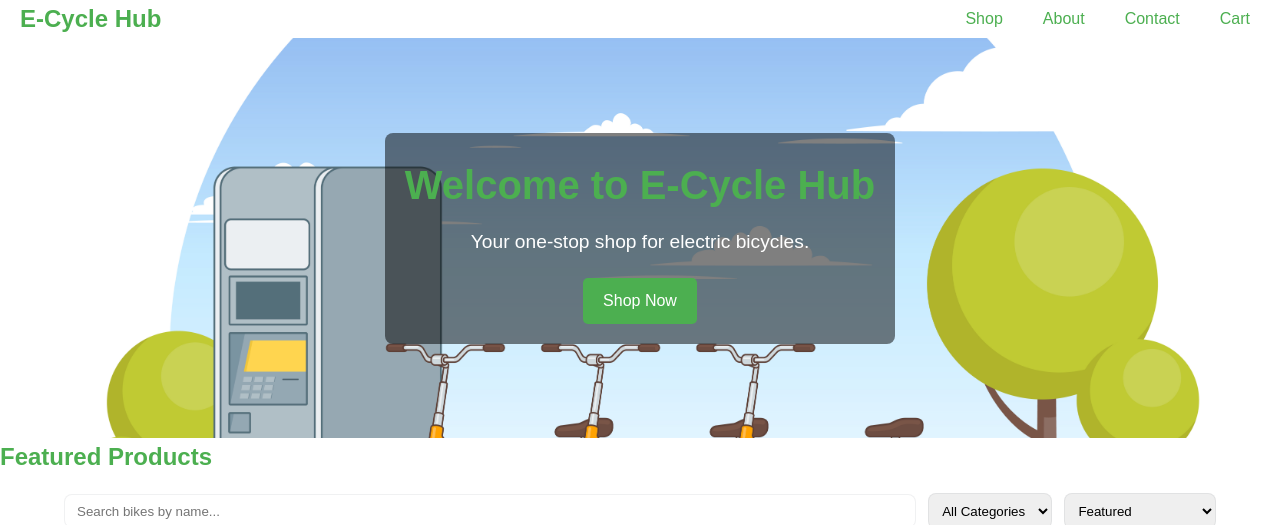
Repository: Rutuja-g/E-Cycle-Hub
Page: public/index.html
These files come from the project's save history. The page is drawn as it stood at one moment and after the next save; the edit follows.
The browser window is 1280 px wide. The pictures show the part of the page from y = 0 to 525 px (the page is 1461 px tall before and 1474 px after).
A picture or video elsewhere on the page could not be fetched, so the positions and the page height are approximate.

Above is the page before, as saved 2025-10-18 23:16:38.
Not found: public/assets/images/logo.png

After the next save:
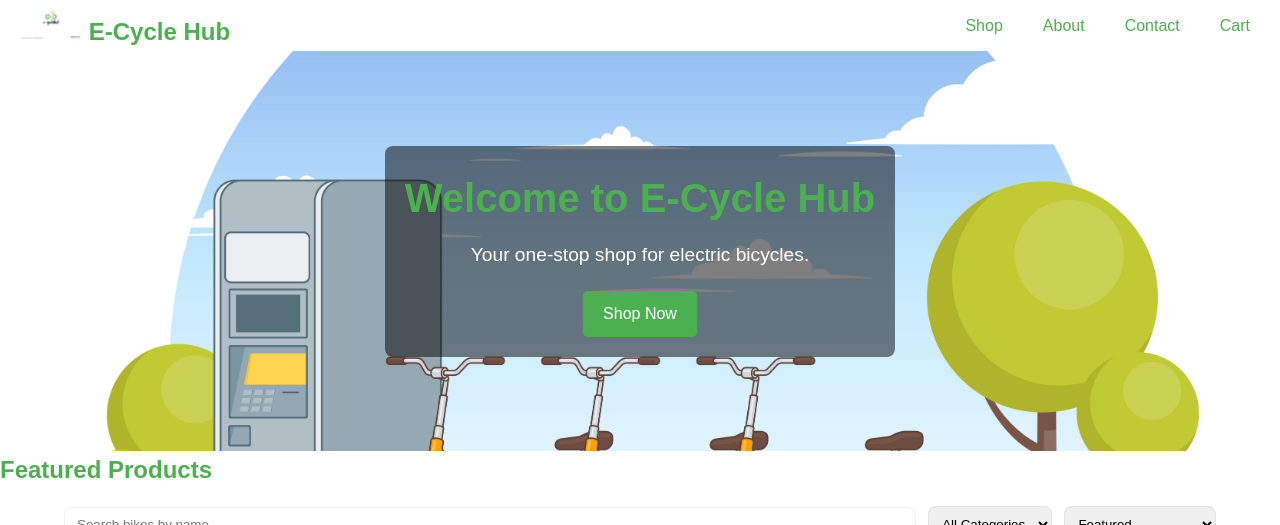
Saved 21 h 59 min later.
--- a/public/index.html
+++ b/public/index.html
@@ -15,7 +15,7 @@
         <div class="logo">
           <a href="index.html">
             <img
-              src="assets/images/logo.png"
+              src="assets/images/logo.jpg"
               alt="E-Cycle Hub Logo"
               style="height: 40px"
               onerror="this.style.display='none';"
